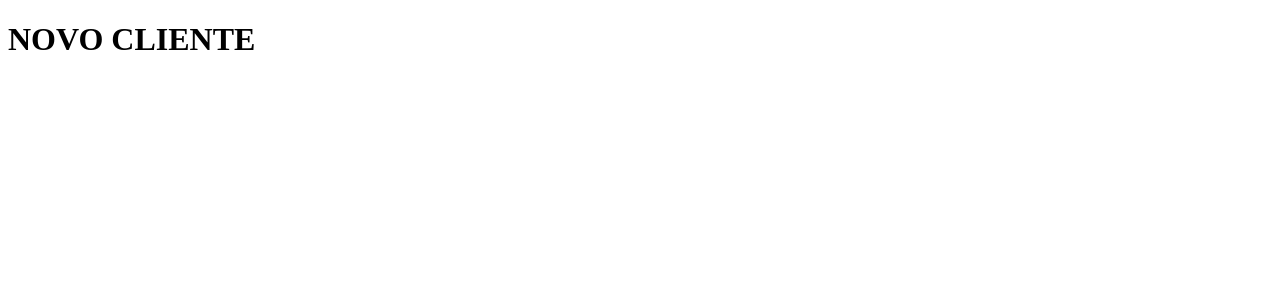
Repository: diegokunha/LojinhaGuru
Page: http://localhost/LojinhaGuru/adicionaCliente
These files come from the project's save history. The page is drawn as it stood at one moment and after the next save; the edit follows.
The browser window is 1280 px wide. The pictures show the whole page.
The page is served by Tomcat 9.

Above is the page before, as saved 2017-10-04 00:45:46.

After the next save:
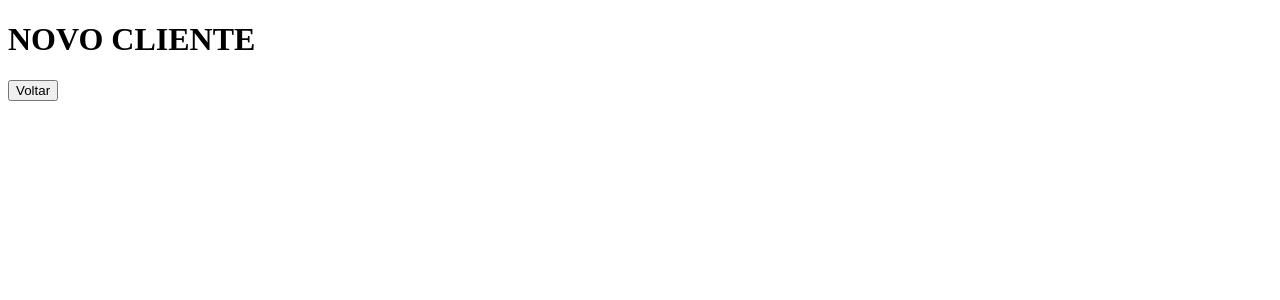
Saved 31 s later.
--- a/LojinhaGuru/WebContent/WEB-INF/views/jsp/adicionaCliente.jsp
+++ b/LojinhaGuru/WebContent/WEB-INF/views/jsp/adicionaCliente.jsp
@@ -8,5 +8,10 @@
 </head>
 <body>
 <h1>NOVO CLIENTE</h1>
+<div class="container">
+		<form>
+			<a href="clientes"><button type="button" class="btn btn-danger">Voltar</button></a>
+		</form>
+	</div>
 </body>
 </html>
